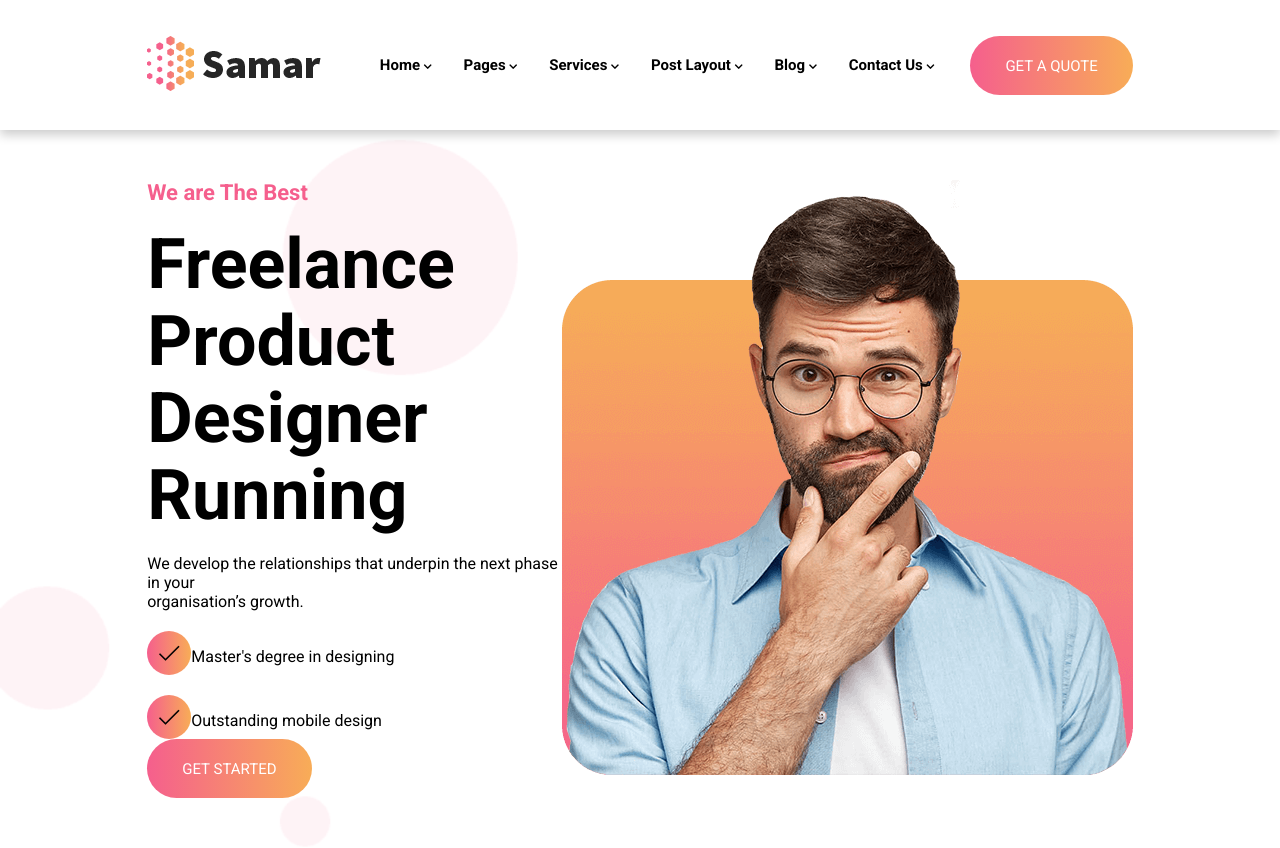
Repository: leequanganh/sammar
Page: html/index.html
These files come from the project's save history. The page is drawn as it stood at one moment and after the next save; the edit follows.
The browser window is 1280 px wide. The pictures show the whole page.

Above is the page before, as saved 2021-12-09 14:53:14.

After the next save:
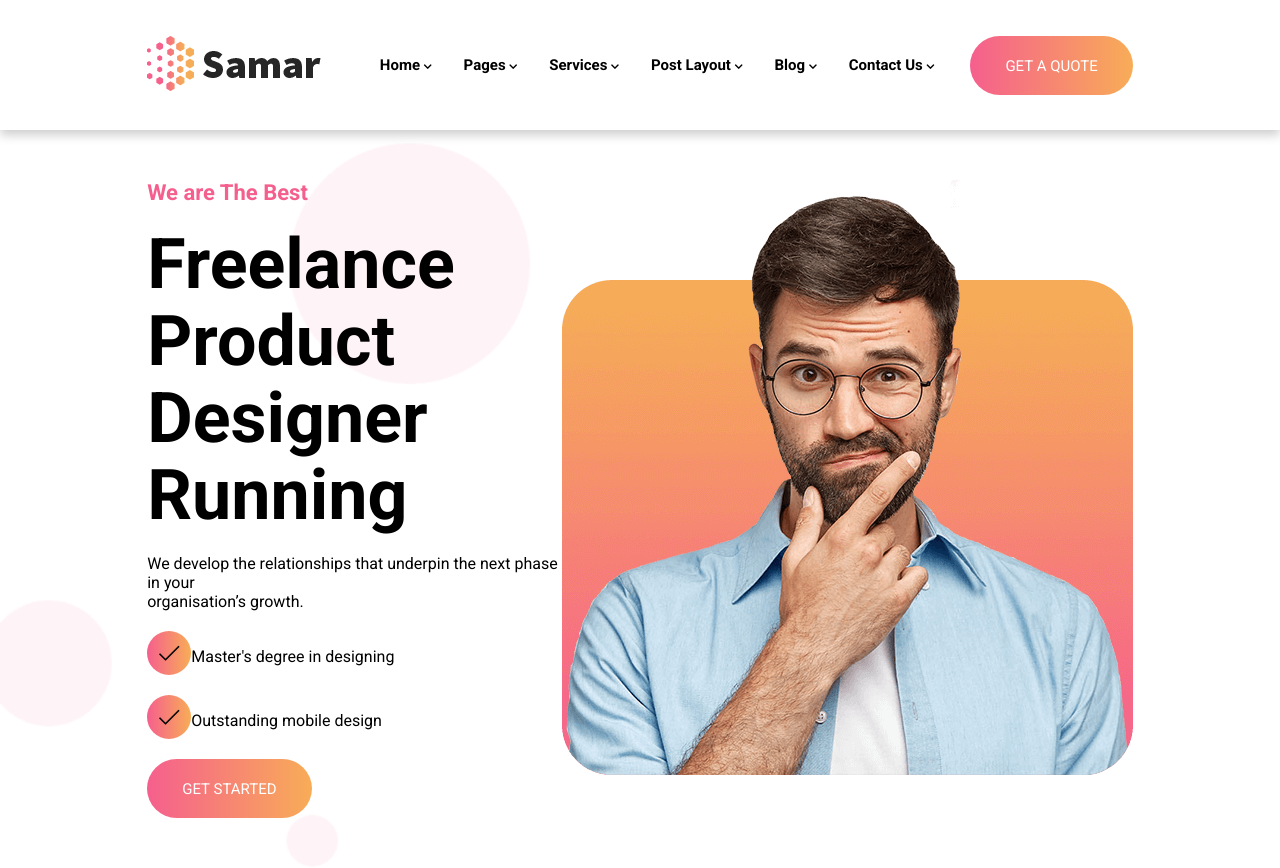
Saved 4 s later.
--- a/css/index.css
+++ b/css/index.css
@@ -152,7 +152,7 @@ span{
     background-size: 200%;
 }
 .banner_text .btn{
-    margin-top: ;
+    margin-top: 20px;
 }
 
 .banner_img{
